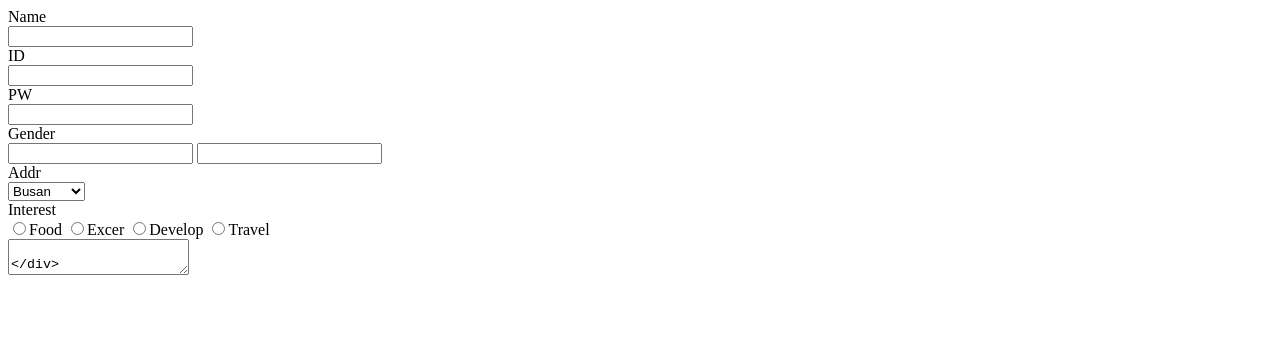
Repository: 9re9ori0426/Bootcamp
Page: webws/03_InputOutput/src/main/webapp/reg.html
These files come from the project's save history. The page is drawn as it stood at one moment and after a run of saves; the edit follows.
The browser window is 1280 px wide. The pictures show the whole page.

Above is the page before, as saved 2026-10-20 07:35:22.

After the next 2 saves:
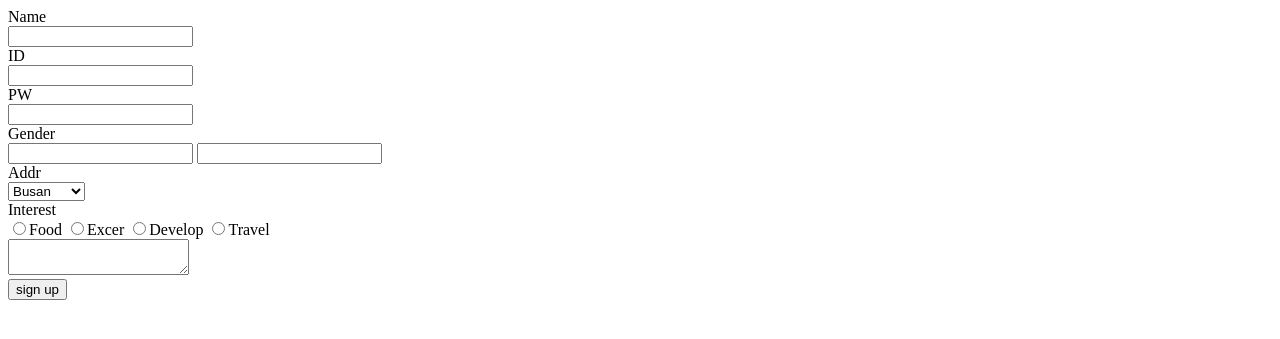
The 2 saves are shown as one change because they came seconds apart.
The last was saved 11 s later.
--- a/webws/03_InputOutput/src/main/webapp/reg.html
+++ b/webws/03_InputOutput/src/main/webapp/reg.html
@@ -39,7 +39,7 @@
 			<input type="radio">Travel</input>
 		</div>
 		<div class="signup-row">
-			<textarea>
+			<textarea></textarea>
 		</div>
 
 
